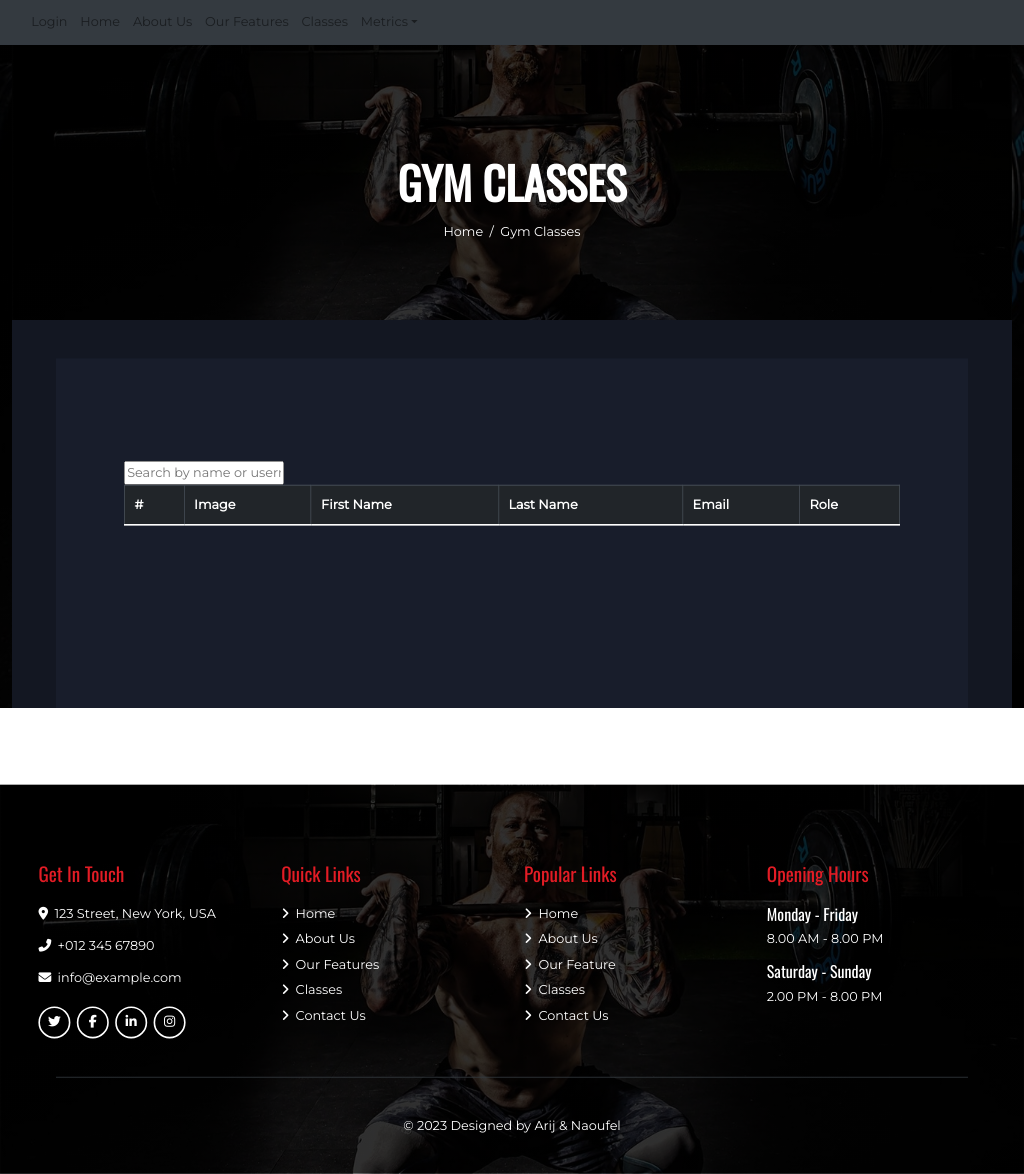
Repository: Arouja/frontgym
Page: /users
These files come from the project's save history. The page is drawn as it stood at one moment and after the next save; the edit follows.
The browser window is 1280 px wide. The pictures show the whole page, at 80% of full size.
The page's requests for data from a server got no answer. Some web libraries are served in a nearby version. The project was rebuilt for these pictures with package versions that can differ from the ones it lists, and the page was loaded fresh each time. No one was signed in, and anything a server would have sent is missing. Also part of the build but not shown: src/App.css, src/Components/about/About.jsx, src/Components/classes/Classes.jsx, src/Components/home/Home.jsx, src/Components/feature/Feature.jsx, src/Components/contact/Contact.jsx, src/Components/login/Login.jsx, src/Components/profile/profile.js and 7 more.

Above is the page before, as saved 2023-10-11 01:51:18.

### public/index.html
<!DOCTYPE html>
<html lang="en">
  <head>
    <meta charset="utf-8" />
    <link rel="icon" href="%PUBLIC_URL%/favicon.ico" />
    <meta name="viewport" content="width=device-width, initial-scale=1" />
    <meta name="theme-color" content="#000000" />
    <meta
      name="description"
      content="Web site created using create-react-app"
    />
    <link href="https://cdn.jsdelivr.net/npm/bootstrap@5.0.2/dist/css/bootstrap.min.css" rel="stylesheet">
    <link href="https://cdnjs.cloudflare.com/ajax/libs/font-awesome/5.13.0/css/all.min.css" rel="stylesheet">
    <link rel="apple-touch-icon" href="%PUBLIC_URL%/logo192.png" />
    <!--
      manifest.json provides metadata used when your web app is installed on a
      user's mobile device or desktop. See https://developers.google.com/web/fundamentals/web-app-manifest/
    -->
    <link rel="manifest" href="%PUBLIC_URL%/manifest.json" />
    <!--
      Notice the use of %PUBLIC_URL% in the tags above.
      It will be replaced with the URL of the `public` folder during the build.
      Only files inside the `public` folder can be referenced from the HTML.

      Unlike "/favicon.ico" or "favicon.ico", "%PUBLIC_URL%/favicon.ico" will
      work correctly both with client-side routing and a non-root public URL.
      Learn how to configure a non-root public URL by running `npm run build`.
    -->
    <title>React App</title>

     <!-- Favicon -->
     <link href="img/favicon.ico" rel="icon">

     <!-- Font Awesome -->
     <link href="https://cdnjs.cloudflare.com/ajax/libs/font-awesome/5.10.0/css/all.min.css" rel="stylesheet">

     <!-- Flaticon Font -->
     <link href="lib/flaticon/font/flaticon.css" rel="stylesheet">

     <!-- Customized Bootstrap Stylesheet -->
     <link href="css/style.min.css" rel="stylesheet">






  </head>


  <body>
    <noscript>You need to enable JavaScript to run this app.</noscript>
    <div id="root"></div>
    <!--
      This HTML file is a template.
      If you open it directly in the browser, you will see an empty page.

      You can add webfonts, meta tags, or analytics to this file.
      The build step will place the bundled scripts into the <body> tag.

      To begin the development, run `npm start` or `yarn start`.
      To create a production bundle, use `npm run build` or `yarn build`.
    -->

    <!-- JavaScript Libraries -->
    <script src="https://code.jquery.com/jquery-3.4.1.min.js"></script>
    <script src="https://stackpath.bootstrapcdn.com/bootstrap/4.4.1/js/bootstrap.bundle.min.js"></script>
    <script src="lib/easing/easing.min.js"></script>
    <script src="lib/waypoints/waypoints.min.js"></script>

    <!-- Contact Javascript File -->
    <script src="mail/jqBootstrapValidation.min.js"></script>
    <script src="mail/contact.js"></script>

    <!-- Template Javascript -->
    <script src="js/main.js"></script>
    <script src="https://cdn.jsdelivr.net/npm/@popperjs/core@2.9.2/dist/umd/popper.min.js"></script>
    <script src="https://cdn.jsdelivr.net/npm/bootstrap@5.0.2/dist/js/bootstrap.min.js"></script>
    <script src="https://cdn.jsdelivr.net/npm/bootstrap@5.0.2/dist/js/bootstrap.bundle.min.js"></script>
    <script src="https://use.fontawesome.com/f59bcd8580.js"></script>
    <script src="https://cdn.jsdelivr.net/npm/@popperjs/core@2.9.2/dist/umd/popper.min.js"></script>
    <script src="https://cdn.jsdelivr.net/npm/bootstrap@5.0.2/dist/js/bootstrap.min.js"></script>
    <script src="https://cdn.jsdelivr.net/npm/bootstrap@5.0.2/dist/js/bootstrap.bundle.min.js"></script>

  </body>


</html>

### src/index.js
import React from 'react';
import ReactDOM from 'react-dom';
import { Provider } from 'react-redux';
import store from './store';
import App from './App';

ReactDOM.render(
  <Provider store={store}>
    <App />
  </Provider>,
  document.getElementById('root')
);

### src/store.js
import { createStore, applyMiddleware, combineReducers } from 'redux';
import thunk from 'redux-thunk';
import authReducer from './reducers/authReducer';

const rootReducer = combineReducers({
  auth: authReducer,
});

const store = createStore(rootReducer, applyMiddleware(thunk));

export default store;

### src/reducers/authReducer.js
import { LOGIN_SUCCESS, LOGOUT_SUCCESS, REGISTER_SUCCESS } from '../actions/types';

const initialState = {
  token: localStorage.getItem('token'),
};

const authReducer = (state = initialState, action) => {
  switch (action.type) {
    case LOGIN_SUCCESS:
    case REGISTER_SUCCESS:
      localStorage.setItem('token', action.payload);
      return {
        ...state,
        token: action.payload,
      };
    case LOGOUT_SUCCESS:
      localStorage.removeItem('token');
      return {
        ...state,
        token: null,
      };
    default:
      return state;
  }
};

export default authReducer;

### src/users/users.js
import React, { useState, useEffect } from 'react';
import axios from 'axios';
import CustomNavbar from "../Components/navbar/CustomNavbar";

import { BrowserRouter as Router, Route, Link, Routes} from "react-router-dom";
import Table from 'react-bootstrap/Table';

import Footer from "../Components/footer/footer";

import {
  MDBContainer,

} from 'mdb-react-ui-kit';

const Users = () => {
    const [users, setUsers] = useState([]);
  const [searchTerm, setSearchTerm] = useState('');



    useEffect(() => {
        fetch('http://localhost:8089/api/v1/users/all-users')
          .then(response => response.json())
          .then(data => setUsers(data))
          .catch(error => console.error('Error fetching data:', error));
      }, []);

      const filteredUsers = users.filter(user =>
        user.firstName.toLowerCase().includes(searchTerm.toLowerCase()) ||
        user.lastName.toLowerCase().includes(searchTerm.toLowerCase()) ||
        user.username.toLowerCase().includes(searchTerm.toLowerCase()) ||
        user.role.toLowerCase().includes(searchTerm.toLowerCase())
      );



  if (!users) {
    return <div>Loading...</div>;
  }

  return (
    <>

    <div style={{ display: 'flex' }}>

      <CustomNavbar profilePath={users && users.path} />
      <div className="container-fluid page-header mb-5">



      <section style= {{ backgroundColor: 'rgba(19,23,34,255)' }} >
      {/* Page Header Start */}

  <div className="container-fluid page-header mb-5">
    <div
      className="d-flex flex-column align-items-center justify-content-center pt-0 pt-lg-5"
      style={{ minHeight: 400 }}
    >
      <h4 className="display-4 mb-3 mt-0 mt-lg-5 text-white text-uppercase font-weight-bold">
        Gym Classes
      </h4>
      <div className="d-inline-flex">
        <p className="m-0 text-white">
          {/* <a className="text-white" href="">
            Home
          </a> */}
          <Link className="text-white" to="/">Home</Link>
        </p>
        <p className="m-0 text-white px-2">/</p>
        <p className="m-0 text-white">Gym Classes</p>
      </div>
    </div>
  </div>
  {/* Page Header End */}





        <MDBContainer className="py-4" style={{ backgroundColor: 'rgba(24,29,43,255)'}} >

 {/* BMI Calculation Start */}
 <div className="container-fluid position-relative bmi mt-5" style={{ marginBottom: 90 }}>

    <div className="container">
      <div className="row px-3 align-items-center">


      <div className="container-fluid position-relative bmi mt-5" style={{ marginBottom: 90 }}>
            <div className="container">
              <div className="row px-3 align-items-center">
                {/* Your table goes here */}
                <div className="p-2">
                  <input
                    type="text"
                    value={searchTerm}
                    onChange={(e) => setSearchTerm(e.target.value)}
                    placeholder="Search by name or username"
                  />
                  <Table Table striped bordered hover variant="dark">
                    <thead>
                      <tr>
                        <th>#</th>
                        <th>Image</th>
                        <th>First Name</th>
                        <th>Last Name</th>
                        <th>Email</th>
                        <th>Role</th>
                      </tr>
                    </thead>
                    <tbody>
                      {filteredUsers.map((user, index) => (
                        <tr key={user.id}>
                          <td>{index + 1}</td>
                          <td>
                            <img
                              src={require('../images/' + user.path)}
                              alt="Profile"
                              className="rounded-circle"
                              style={{
                                width: "40px",
                                height: "40px",
                                margin: "relative",
                              }}
                            />
                          </td>
                          <td>{user.firstName}</td>
                          <td>{user.lastName}</td>
                          <td>{user.username}</td>
                          <td>{user.role}</td>
                        </tr>
                      ))}
                    </tbody>
                  </Table>
                </div>
              </div>
            </div>
          </div>



      </div>
    </div>
   </div>



   {/* BMI Calculation End */}
        </MDBContainer>

      </section>



     </div>
     </div>
      <Footer />
    </>
  );
};

export default Users;

### src/actions/types.js
export const LOGIN_SUCCESS = 'LOGIN_SUCCESS';
export const LOGOUT_SUCCESS = 'LOGOUT_SUCCESS';
export const REGISTER_SUCCESS = 'REGISTER_SUCCESS';

### src/Components/navbar/CustomNavbar.jsx
import React, { useState, useEffect } from 'react';
import Button from 'react-bootstrap/Button';
import Container from 'react-bootstrap/Container';
import Form from 'react-bootstrap/Form';
import Nav from 'react-bootstrap/Nav';
import Navbar from 'react-bootstrap/Navbar';
import NavDropdown from 'react-bootstrap/NavDropdown';
import { Link, useNavigate } from 'react-router-dom';
import { logout } from '../../actions/authActions';
import axios from 'axios';

const CustomNavbar = () => {
  const [isDropdownOpen, setIsDropdownOpen] = useState(false);
  const [profile, setProfile] = useState(null);
  const token = localStorage.getItem('token');
  const navigate = useNavigate();

  useEffect(() => {
    const fetchProfile = async () => {
      try {
        const response = await axios.get(`http://localhost:8089/api/v1/users/getuserbytoken/${token}`);
        setProfile(response.data);
      } catch (error) {
        console.error('Error fetching profile:', error);
      }
    };

    if (token) {
      fetchProfile();
    }
  }, [token]);

  const toggleDropdown = () => {
    setIsDropdownOpen(!isDropdownOpen);
  };

  const handleLogout = async () => {
    try {
      await logout();
      localStorage.removeItem('token');
      navigate('/login');
    } catch (error) {
      console.error('Error logging out:', error.response.data);
    }
  };

  return (
    <Navbar expand="lg" className="bg-dark text-white fixed-top">
      <Container fluid>
        <Navbar.Toggle aria-controls="navbarScroll" />
        <Navbar.Collapse id="navbarScroll">
          <Nav className="me-auto my-2 my-lg-0" style={{ maxHeight: '100px' }} navbarScroll>
            {!token && <Nav.Link as={Link} to="/login" className="nav-link">Login</Nav.Link>}
            <Nav.Link as={Link} to="/" className="nav-link">Home</Nav.Link>
            <Nav.Link as={Link} to="/about" className="nav-link">About Us</Nav.Link>
            <Nav.Link as={Link} to="/feature" className="nav-link">Our Features</Nav.Link>
            <Nav.Link as={Link} to="/classes" className="nav-link">Classes</Nav.Link>
            {token && profile?.role ==='ADMIN' && <Nav.Link as={Link} to="/users" className="nav-link">Users</Nav.Link>}
            <NavDropdown title="Metrics" id="navbarScrollingDropdown">
            <NavDropdown.Item href="/metrics">Metrics</NavDropdown.Item>
              <NavDropdown.Item href="/bmi">BMI</NavDropdown.Item>
              <NavDropdown.Item href="/lbm">LBM</NavDropdown.Item>
              <NavDropdown.Item href="/orm">ORM</NavDropdown.Item>
              <NavDropdown.Divider />
              <NavDropdown.Item href="#action5"></NavDropdown.Item>
            </NavDropdown>

          </Nav>

          {token && (
            <div className="nav-item dropdown">
              <button
                className="nav-link btn btn-link"
                data-toggle="dropdown"
                aria-haspopup="true"
                aria-expanded="false"
                onClick={toggleDropdown}
              >
                {profile && (
                  <img
                    src={require('../../images/' + profile.path)}
                    alt="Profile"
                    className="rounded-circle"
                    style={{
                      width: "40px",
                      height: "40px",
                      margin: "relative",
                    }}
                  />
                )}
              </button>
              {profile && (
                <div className="dropdown-menu dropdown-menu-right text-capitalize">
                  <Link to="/profile" className="dropdown-item">
                    Profile
                  </Link>
                  <Link to="/account" className="dropdown-item">
                    Account
                  </Link>
                  <Link to="/settings" className="dropdown-item">
                    Settings
                  </Link>
                  <button className="dropdown-item" onClick={handleLogout}>Logout</button>
                </div>
              )}
            </div>
          )}
        </Navbar.Collapse>
      </Container>
    </Navbar>
  );
};

export default CustomNavbar;

### src/Components/footer/footer.jsx
import React from 'react';
import { Link } from 'react-router-dom'; // Import the Link component from React Router

const Footer = () => {
  return (
    <>
      {/* Footer Start */}
      <div className="footer container-fluid mt-5 py-5 px-sm-3 px-md-5 text-white">
        <div className="row pt-5">
          <div className="col-lg-3 col-md-6 mb-5">
            <h4 className="text-primary mb-4">Get In Touch</h4>
            <p>
              <i className="fa fa-map-marker-alt mr-2" />
              123 Street, New York, USA
            </p>
            <p>
              <i className="fa fa-phone-alt mr-2" />
              +012 345 67890
            </p>
            <p>
              <i className="fa fa-envelope mr-2" />
              info@example.com
            </p>
            <div className="d-flex justify-content-start mt-4">
              <Link
                to="#"
                className="btn btn-outline-light rounded-circle text-center mr-2 px-0"
                style={{ width: 40, height: 40 }}
              >
                <i className="fab fa-twitter" />
              </Link>
              <Link
                to="#"
                className="btn btn-outline-light rounded-circle text-center mr-2 px-0"
                style={{ width: 40, height: 40 }}
              >
                <i className="fab fa-facebook-f" />
              </Link>
              <Link
                to="#"
                className="btn btn-outline-light rounded-circle text-center mr-2 px-0"
                style={{ width: 40, height: 40 }}
              >
                <i className="fab fa-linkedin-in" />
              </Link>
              <Link
                to="#"
                className="btn btn-outline-light rounded-circle text-center mr-2 px-0"
                style={{ width: 40, height: 40 }}
              >
                <i className="fab fa-instagram" />
              </Link>
            </div>
          </div>
          <div className="col-lg-3 col-md-6 mb-5">
    <h4 className="text-primary mb-4">Quick Links</h4>
    <div className="d-flex flex-column justify-content-start">

      {/* <a className="text-white mb-2" href="#">
        <i className="fa fa-angle-right mr-2" />
        Home
      </a> */}
      <Link className="text-white mb-2" to="/">
      <i className="fa fa-angle-right mr-2" />
        Home</Link>

      {/* <a className="text-white mb-2" href="#">
        <i className="fa fa-angle-right mr-2" />
        About Us
      </a> */}
      <Link className="text-white mb-2" to="/about">
      <i className="fa fa-angle-right mr-2" />
        About Us</Link>

      {/* <a className="text-white mb-2" href="#">
        <i className="fa fa-angle-right mr-2" />
        Our Features
      </a> */}
      <Link className="text-white mb-2" to="/feature">
      <i className="fa fa-angle-right mr-2" />
        Our Features</Link>

      {/* <a className="text-white mb-2" href="#">
        <i className="fa fa-angle-right mr-2" />
        Classes
      </a> */}
      <Link className="text-white mb-2" to="/classes">
      <i className="fa fa-angle-right mr-2" />
        Classes</Link>

      {/* <a className="text-white" href="#">
        <i className="fa fa-angle-right mr-2" />
        Contact Us
      </a> */}
      <Link className="text-white" to="/contact">
      <i className="fa fa-angle-right mr-2" />
        Contact Us</Link>
    </div>
  </div>
  <div className="col-lg-3 col-md-6 mb-5">
    <h4 className="text-primary mb-4">Popular Links</h4>
    <div className="d-flex flex-column justify-content-start">
      {/* <a className="text-white mb-2" href="#">
        <i className="fa fa-angle-right mr-2" />
        Home
      </a> */}
      <Link className="text-white mb-2" to="/">
      <i className="fa fa-angle-right mr-2" />
        Home</Link>

      {/* <a className="text-white mb-2" href="#">
        <i className="fa fa-angle-right mr-2" />
        About Us
      </a> */}
      <Link className="text-white mb-2" to="/about">
      <i className="fa fa-angle-right mr-2" />
        About Us</Link>

      {/* <a className="text-white mb-2" href="#">
        <i className="fa fa-angle-right mr-2" />
        Our Features
      </a> */}
      <Link className="text-white mb-2" to="/feature">
      <i className="fa fa-angle-right mr-2" />
        Our Feature</Link>

      {/* <a className="text-white mb-2" href="#">
        <i className="fa fa-angle-right mr-2" />
        Classes
      </a> */}
      <Link className="text-white mb-2" to="/classes">
      <i className="fa fa-angle-right mr-2" />
        Classes</Link>

      {/* <a className="text-white" href="#">
        <i className="fa fa-angle-right mr-2" />
        Contact Us
      </a> */}
      <Link className="text-white" to="/contact">
      <i className="fa fa-angle-right mr-2" />
        Contact Us</Link>
    </div>
  </div>
          <div className="col-lg-3 col-md-6 mb-5">
            <h4 className="text-primary mb-4">Opening Hours</h4>
            <h5 className="text-white">Monday - Friday</h5>
            <p>8.00 AM - 8.00 PM</p>
            <h5 className="text-white">Saturday - Sunday</h5>
            <p>2.00 PM - 8.00 PM</p>
          </div>
        </div>
        <div className="container border-top border-dark pt-5">
          <p className="m-0 text-center text-white">
            ©{' '}
            {/* <Link to="#" className="text-white font-weight-bold">
              Your Site Name
            </Link> */}
            2023 Designed by Arij & Naoufel{' '}
            {/* <Link to="https://htmlcodex.com" className="text-white font-weight-bold">
              HTML Codex
            </Link> */}
          </p>
        </div>
      </div>
      {/* Footer End */}
    </>
  )
};

export default Footer;

### src/actions/authActions.js
import axios from 'axios';
import { LOGIN_SUCCESS, LOGOUT_SUCCESS, REGISTER_SUCCESS } from './types';

export const login = (email, password) => async (dispatch) => {
  try {
    const response = await axios.post('http://localhost:8089/api/v1/auth/signin', { email, password });
    dispatch({ type: LOGIN_SUCCESS, payload: response.data.token });
    localStorage.setItem('token', response.data.token);
  } catch (error) {
    console.error('Error logging in:', error);
  }
};

export const logout = () => async (dispatch) => {
    try {
      // Make a request to your server to handle the logout operation
      await axios.post('http://localhost:8089/api/v1/auth/logout');

      // Dispatch LOGOUT_SUCCESS upon successful logout
      dispatch({ type: LOGOUT_SUCCESS });
    } catch (error) {
      console.error('Error logging out:', error);
    }
};

export const register = (firstName, lastName, email, password, role) => async (dispatch) => {
  try {
    const response = await axios.post('http://localhost:8089/api/v1/auth/register', { firstName, lastName, email, password, role });
    dispatch({ type: REGISTER_SUCCESS, payload: response.data.token });
  } catch (error) {
    console.error('Error registering:', error);
  }
};

### public/js/main.js
(function ($) {
    "use strict";

    // Dropdown on mouse hover
    $(document).ready(function () {
        function toggleNavbarMethod() {
            if ($(window).width() > 992) {
                $('.navbar .dropdown').on('mouseover', function () {
                    $('.dropdown-toggle', this).trigger('click');
                }).on('mouseout', function () {
                    $('.dropdown-toggle', this).trigger('click').blur();
                });
            } else {
                $('.navbar .dropdown').off('mouseover').off('mouseout');
            }
        }
        toggleNavbarMethod();
        $(window).resize(toggleNavbarMethod);
    });


    // Back to top button
    $(window).scroll(function () {
        if ($(this).scrollTop() > 100) {
            $('.back-to-top').fadeIn('slow');
        } else {
            $('.back-to-top').fadeOut('slow');
        }
    });
    $('.back-to-top').click(function () {
        $('html, body').animate({scrollTop: 0}, 1500, 'easeInOutExpo');
        return false;
    });
})(jQuery);

Loaded but not shown: public/lib/flaticon/font/flaticon.css (common file); public/css/style.min.css (library); public/lib/easing/easing.min.js (common file); public/lib/waypoints/waypoints.min.js (library); public/mail/jqBootstrapValidation.min.js (library); public/mail/contact.js (65 lines, source omitted); src/App.js (49 lines, source omitted)

After the next save:
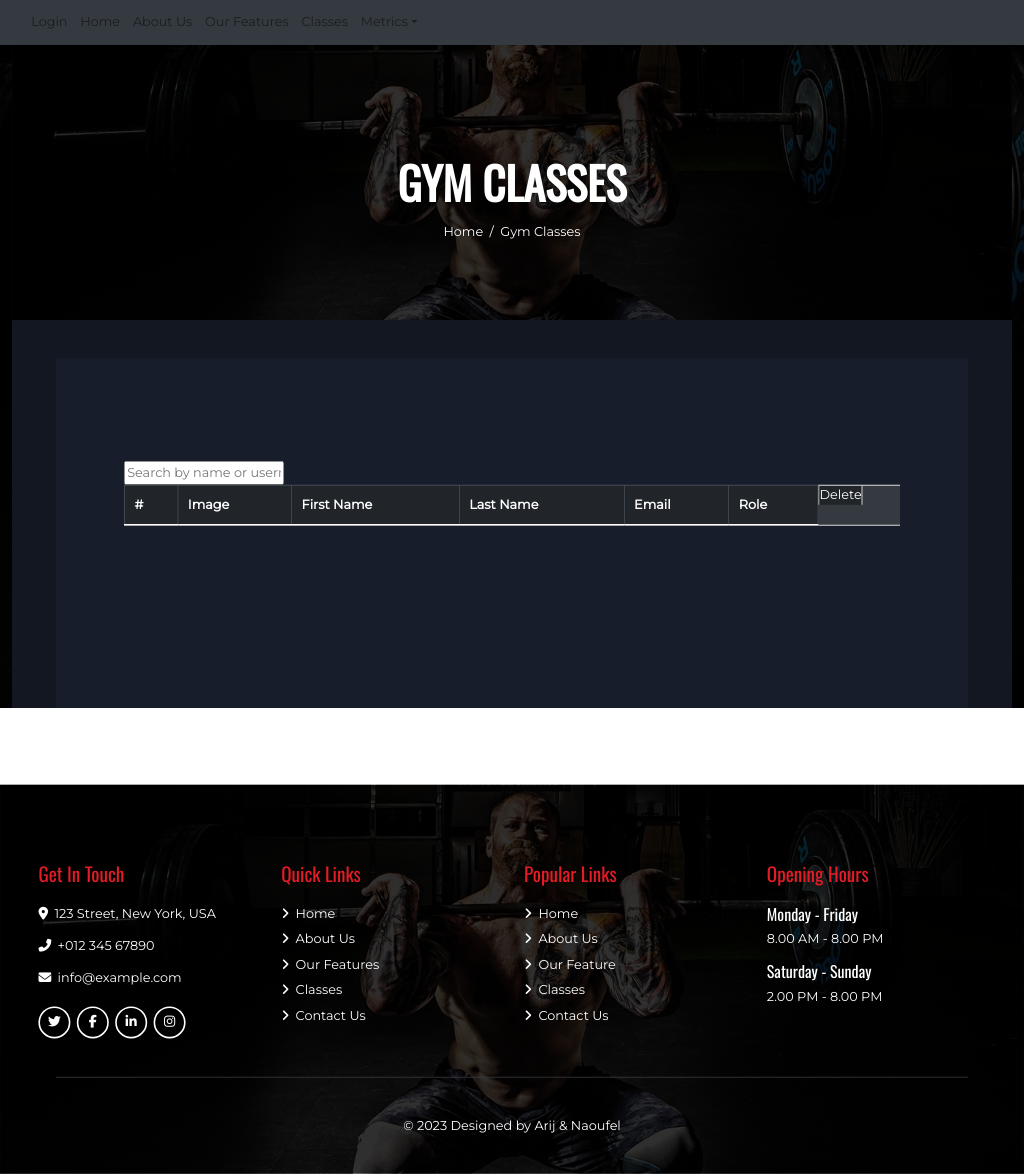
Saved 8 h 40 min later.
--- a/src/users/users.js
+++ b/src/users/users.js
@@ -106,6 +106,7 @@ const Users = () => {
                         <th>Last Name</th>
                         <th>Email</th>
                         <th>Role</th>
+                        <tr>Delete</tr>
                       </tr>
                     </thead>
                     <tbody>
